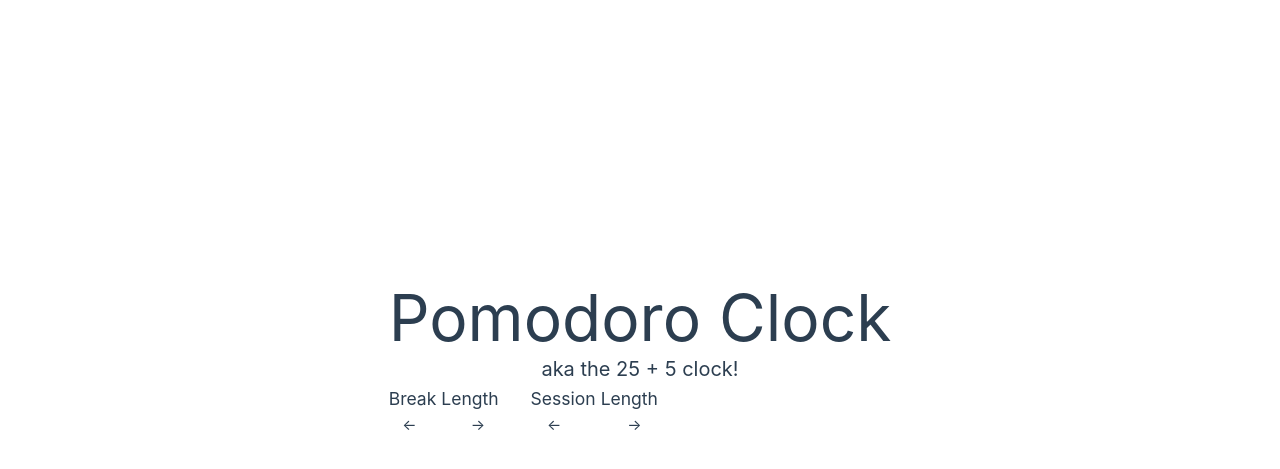
Repository: asing44/FCC
Page: / (app in Front-End-Projects/fcc-frontend-projects-pomodoro/)
These files come from the project's save history. The page is drawn as it stood at one moment and after the next save; the edit follows.
The browser window is 1280 px wide. The pictures show the whole page.
The project was rebuilt for these pictures with package versions that can differ from the ones it lists, and the page was loaded fresh each time. Also part of the build but not shown: Front-End-Projects/fcc-frontend-projects-pomodoro/vite.config.js.

Above is the page before, as saved 2025-01-25 01:53:05.

After the next save:
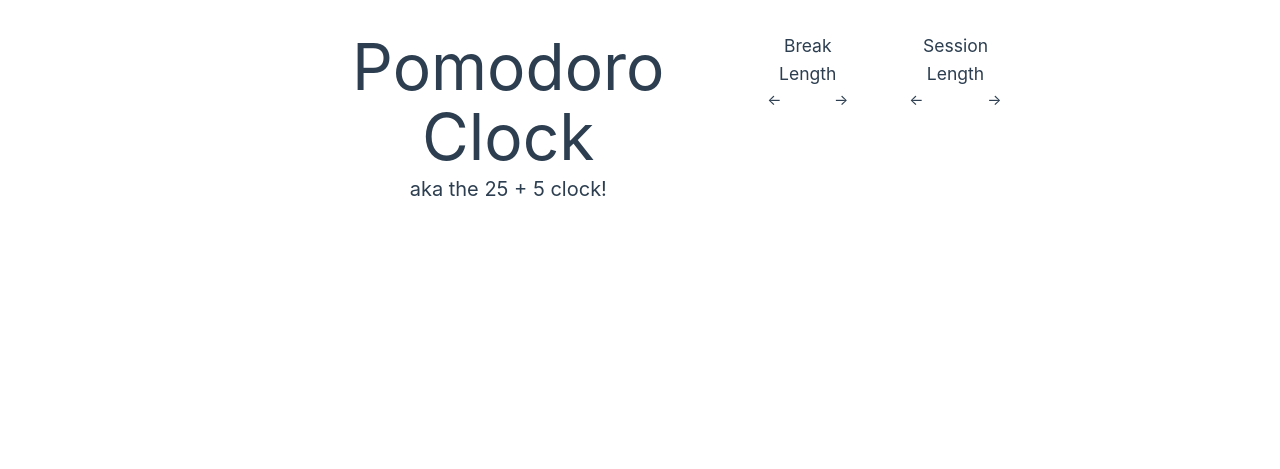
Saved 9 s later.
--- a/Front-End-Projects/fcc-frontend-projects-pomodoro/src/assets/main.css
+++ b/Front-End-Projects/fcc-frontend-projects-pomodoro/src/assets/main.css
@@ -6,8 +6,7 @@ body {
 }
 
 #app {
-  display: grid;
-  place-content: center;
+  display: flex;
   max-width: 64vw;
   margin: 0 auto;
   padding: 2rem;
